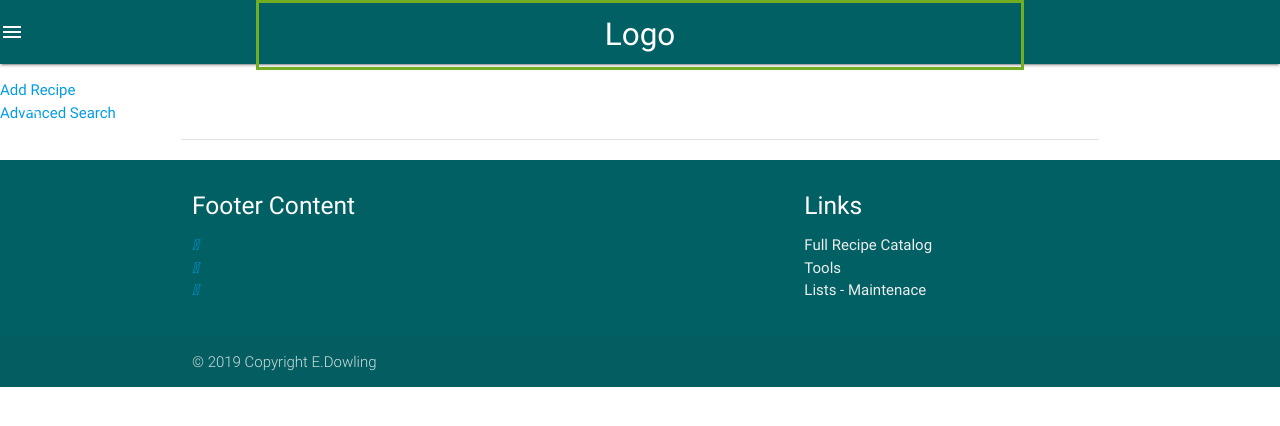
Repository: eldowling/lets-cook-together
Page: http://localhost/get_catalog?course=breakfast
The author's editor kept a record of every edit. The page is drawn from the files as they stood at one moment, then again after the next edit.
The browser window is 1280 px wide. The pictures show the whole page.
Some web libraries are served in a nearby version. The page is served by the project's application, run on Flask 3 (app.py). Queries for data that is not in the repository find no rows.

Above is the page before.
Console error: TypeError: $(...).sidenav is not a function

After the next edit:
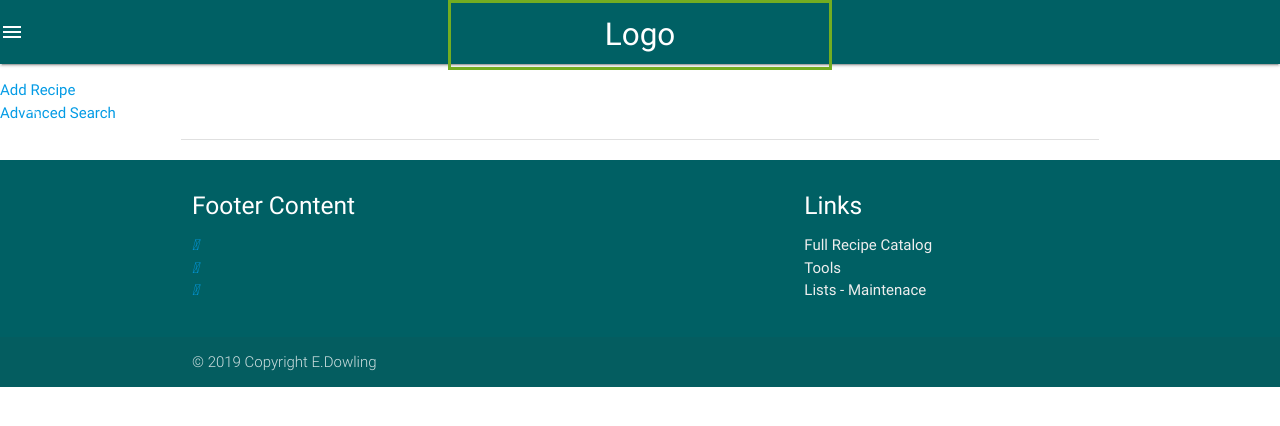
The edit:
--- a/static/css/style.css
+++ b/static/css/style.css
@@ -7,7 +7,8 @@
 
 .center {
   margin: auto;
-  width: 60%;
+  min-width: 250px;
+  width: 30%;
   border: 3px solid #73AD21;
   padding: 10px;
 }
